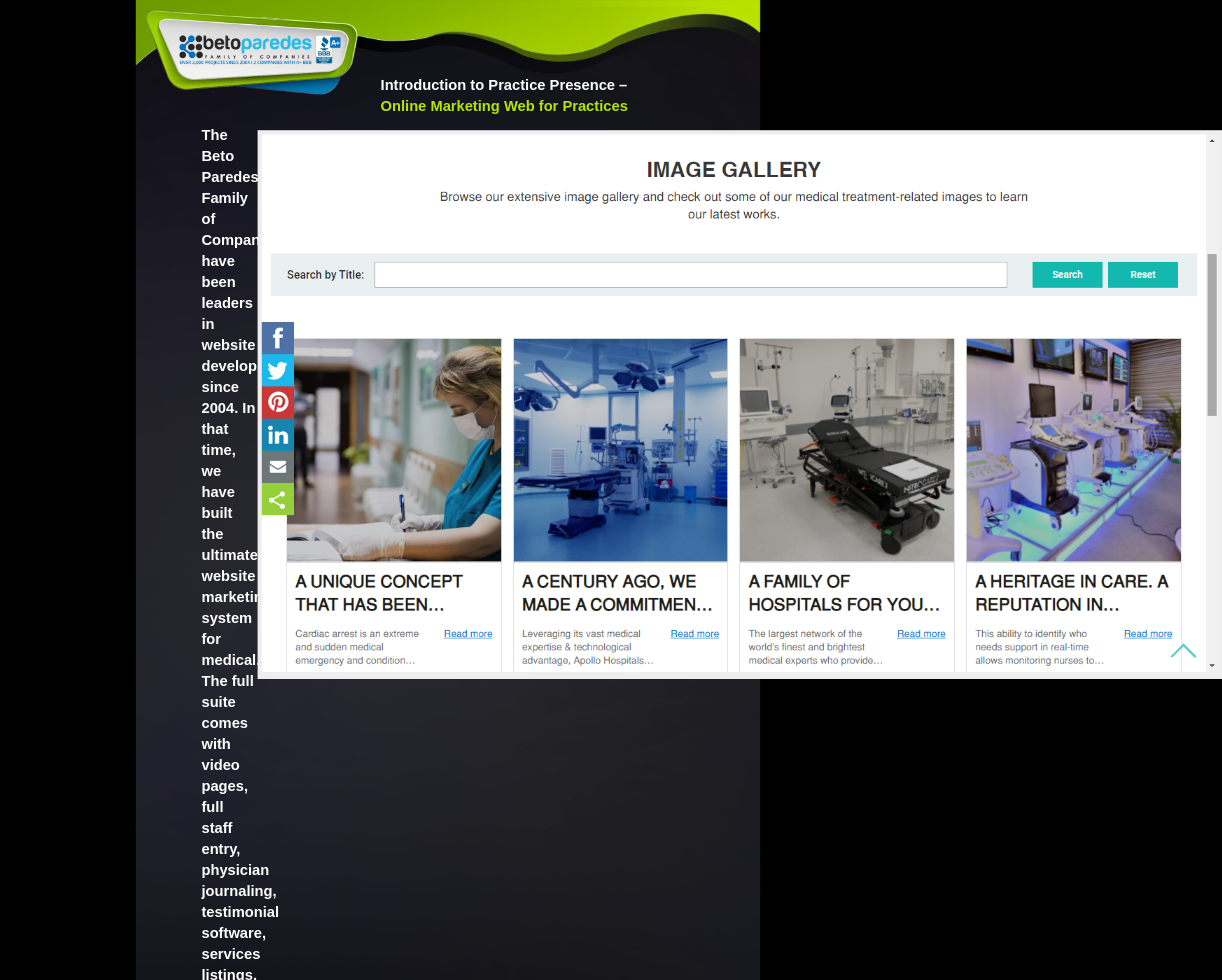
Repository: koushikbiswas/Beto_Paredes_Family_Opportunities_Intro_Deck
Page: slide29.html
These files come from the project's save history. The page is drawn as it stood at one moment and after the next save; the edit follows.
The browser window is 1280 px wide. The page is 1746 px wide, then 1280 px, so the pictures cover 1746 px, including what lies to the right of the window. The pictures show the part of the page from y = 0 to 1400 px (the page is 2604 px tall before and 1558 px after), at 70% of full size.

Above is the page before, as saved 2021-12-21 17:49:34.

### slide29.html
<!DOCTYPE html>
<html lang="en">
<head>
    <meta charset="UTF-8">
    <meta http-equiv="X-UA-Compatible" content="IE=edge">
    <meta name="viewport" content="width=device-width, initial-scale=1.0">
    <title>Document</title>
    <link rel="stylesheet" href="assets/css/slide.css">
</head>
<body>
    <!-- -----------START SLIDE 27 HTML----------- -->
    <div class="pdfhomepagemain slide27">
        <div class="pdfmaincontainer">
            <div class="pdfheaderblock">
                <div class="pdfheaderblockinner">
                    <div class="pdflogowrapper">
                        <img src="assets/images/common/pdflogo.png" alt="logo">
                    </div>
                </div>
            </div>
            <div class="pdfmaincontent">
                <div class="pdfmaincontentinner">
                    <p>Introduction to Practice Presence – <br><span>Online Marketing Web for Practices</span></p>
                    <div class="pdfmaincontentinnerbottom">
                        <div class="pdfmaincontentinnerbottominner">
                            <p>The Beto Paredes Family of Companies have been leaders in website development since 2004. In that time, we have built the ultimate website marketing system for medical. The full suite comes with video pages, full staff entry, physician journaling, testimonial software, services listings, and social sharing programs.</p>
                        </div>
                        <div class="pdfmainimgwrapper">
                            <img src="assets/images/slide27-screenimg.png" alt="slide27 screenimg">
                        </div>
                    </div>
                </div>
            </div>
            <div class="pdffooterblock">
            </div>
        </div>
    </div> <!-------------END SLIDE 27 HTML------------->

    <!-- -----------START SLIDE 28 HTML----------- -->
    <div class="pdfhomepagemain slide28">
        <div class="pdfmaincontainer">
            <div class="pdfheaderblock">
                <div class="pdfheaderblockinner">
                    <div class="pdflogowrapper">
                        <img src="assets/images/common/pdflogo.png" alt="logo">
                    </div>
                </div>
            </div>
            <div class="pdfmaincontent">
                <div class="pdfmaincontentinner">
                    <p>Introduction to Practice Presence – <br><span>Online Marketing Web for Practices</span></p>
                    <p class="parabottom">Combining all the practice’s current information <br>with new program details, clients make a serious <br>impact facilitating <span>TM-Flow and <br>neoGEN</span> treatments. Although our website <br>software outperforms most medical marketing <br>websites it is only available as an add on sale <br>for practices that purchase our products.</p>
                </div>
            </div>
            <div class="pdffooterblock">
            </div>
        </div>
    </div> <!-------------END SLIDE 28 HTML------------->
    <!-- -----------START SLIDE 29 HTML----------- -->
    <div class="pdfhomepagemain slide29">
        <div class="pdfmaincontainer">
            <div class="pdfheaderblock">
                <div class="pdfheaderblockinner">
                    <div class="pdflogowrapper">
                        <img src="assets/images/common/pdflogo.png" alt="logo">
                    </div>
                </div>
            </div>
            <div class="pdfmaincontent">
                <div class="pdfmaincontentinner">
                    <h2><span>Over</span> 2,000 PROJECT SINCE 2004 <br>2 COMPANIES WITH A+ BBB</h2>
                    <h1>THANK YOU FOR REVIEWING THE OPPORTUNITY WITH US HERE AT THE BETO PAREDES FAMILY OF COMPANIES. WE REALLY HOPE TO SEE YOU JOIN US AS A SALES REP!</h1>
                    <p>You can contact me directly as well as sign up right away on our website at <a href="https://www.betoparedes.com/" target="_blank">www.betoparedes.com</a></p>
                    <h4>BETO PAREDES - <a href="tel:208.440.0928" target="_top">208.440.0928</a>  |  <a href="mailto:beto@betoparedes.com" target="_top">beto@betoparedes.com</a></h4>
                    <div class="logolists">
                        <div class="logoimg">
                            <img src="assets/images/slide29-tmflowlogo.png" alt="tmflowlogo">
                        </div>
                        <div class="logoimg">
                            <img src="assets/images/slide29-neogenlogo.jpg" alt="neogenlogo">
                        </div>
                        <div class="logoimg">
                            <img src="assets/images/slide29-pecelogo.png" alt="pecelogo">
                        </div>
                        <div class="logoimg">
                            <img src="assets/images/slide29-biologo.jpg" alt="biologo">
                        </div>
                        <div class="logoimg">
                            <img src="assets/images/slide29-practiceogo.png" alt="practiceogo">
                        </div>
                    </div>
                </div>
            </div>
            <div class="pdffooterblock">
            </div>
        </div>
    </div>    <!-- -----------END SLIDE 29 HTML----------- -->

</body>
</html>

### assets/css/slide.css

a{color:var(--links);text-decoration:none;background-color:transparent;-webkit-text-decoration-skip:objects}
.clear{clear:both;overflow:hidden}
.pdfhomepagemain img{border:0 !important;outline:0 !important}
.pdfhomepagemain a img{outline:none}
a{outline:none;cursor:pointer}
a:active,a:focus{outline:none}
:active,:focus{outline:none;-moz-outline-style:none}
:link:focus,:visited:focus{outline:none}
html{overflow-y:scroll;overflow-x:hidden;}
html,body{height:100%;width:100%;position:relative;font-family: 'Arial', sans-serif;}
button{cursor: pointer;word-wrap:break-word!important;white-space:unset!important;overflow-wrap:break-word;word-wrap:break-word;word-break:break-word;line-height:normal!important}
body{background-color: #000;margin: 0;}

.pdfhomepagemain{margin: 0;padding: 0;}
.pdfmaincontainer{margin: 0 auto;padding: 0;display: block;width:892px;background-image: url(../images/common/pdfbgoverlay.png);background-repeat: no-repeat;background-position:center center;-webkit-background-size: cover;-moz-background-size: cover;-o-background-size: cover;background-size: cover;display:block;position: relative;padding-bottom: 40px;}
.pdfheaderblock{margin: 0 auto;padding: 0;display: block;width:100%;background-image: url(../images/common/pdfheaderbg.png);background-repeat: no-repeat;background-position:left top;-webkit-background-size: 100% auto;-moz-background-size: 100% auto;-o-background-size: 100% auto;background-size: 100% auto;display:block;min-height: 106px;}
.pdfheaderblockinner{padding:15px}
.pdffooterblock{margin: 0 auto;padding: 0;display: block;width:100%;background-image: url(../images/common/pdffooterrbg.png);background-repeat: no-repeat;background-position:left top;-webkit-background-size: 100% auto;-moz-background-size: 100% auto;-o-background-size: 100% auto;background-size: 100% auto;display:block;min-height: 87px;position: absolute;bottom: 0;}
.pdfmaincontent{position: relative;z-index: 9;}
.pdfmaincontentinner{width: 90%;margin: 0 auto;padding: 0;display: block;}

.pdfheaderblock .pdflogowrapper{width: 302px;display: block;}
.pdfheaderblock .pdflogowrapper img{width:100%}
.pdfmaincontent h2{margin: 0;padding: 0;color:#b6e600;text-transform: uppercase;}
.pdfmaincontent h2 span{text-transform: capitalize;}
.pdfmaincontent h1{margin: 0;padding: 0;color:#fff;text-transform: uppercase;}
.pdfmaincontent p{margin: 0;padding: 0;color:#fff;line-height: 30px;}
.pdfmaincontent h4{margin: 0;padding: 0;color:#fff;}


/*-----------START SLIDE 27 CSS-----------*/
.slide27 .pdfmaincontent p{padding-left: 38%;margin-top: -6%;font-size: 21px;font-weight: 600;line-height: 30px;}
.slide27 .pdfmaincontent p span{color:#b6e600;}
.slide27 .pdfmaincontent .pdfmaincontentinnerbottom{margin-top: 20px;display: flex;align-items: flex-start;justify-content: space-between;}
.pdfmaincontentinnerbottom .pdfmainimgwrapper{background-color: #eeeeeeff;padding: 6px;}
/*-----------END SLIDE 27 CSS-----------*/

/*-----------START SLIDE 28 CSS-----------*/
.slide28 .pdfmaincontent p{padding-left: 38%;margin-top: -6%;font-size: 21px;font-weight: 600;line-height: 30px;}
.slide28 .pdfmaincontent p span{color:#b6e600;}
.slide28 .pdfmaincontent p.parabottom{margin-top: 20px;margin-bottom: 46px;}
/*-----------END SLIDE 28 CSS-----------*/

/*-----------START SLIDE 29 CSS-----------*/
.slide29 .pdfmaincontent h2{padding-left: 35%;margin-top: -6%;font-size: 26px;}
.slide29 .pdfmaincontent h1{font-size: 28px;margin-top: 20px;margin-bottom:20px}
.slide29 .pdfmaincontent p{font-size: 18px;}
.slide29 .pdfmaincontent p a{color:#b6e600;}
.slide29 .pdfmaincontent h4{font-size: 28px;margin-top: 20px;margin-bottom:20px;font-weight: 500;}
.slide29 .logolists{background-color: #fff;padding: 0px 10px;border-radius: 20px;display: flex;align-items: center;justify-content: space-around;}
.slide29 .logolists .logoimg{flex:1}
.slide29 .logolists .logoimg img{width:100%}
/*-----------END SLIDE 29 CSS-----------*/

After the next save:
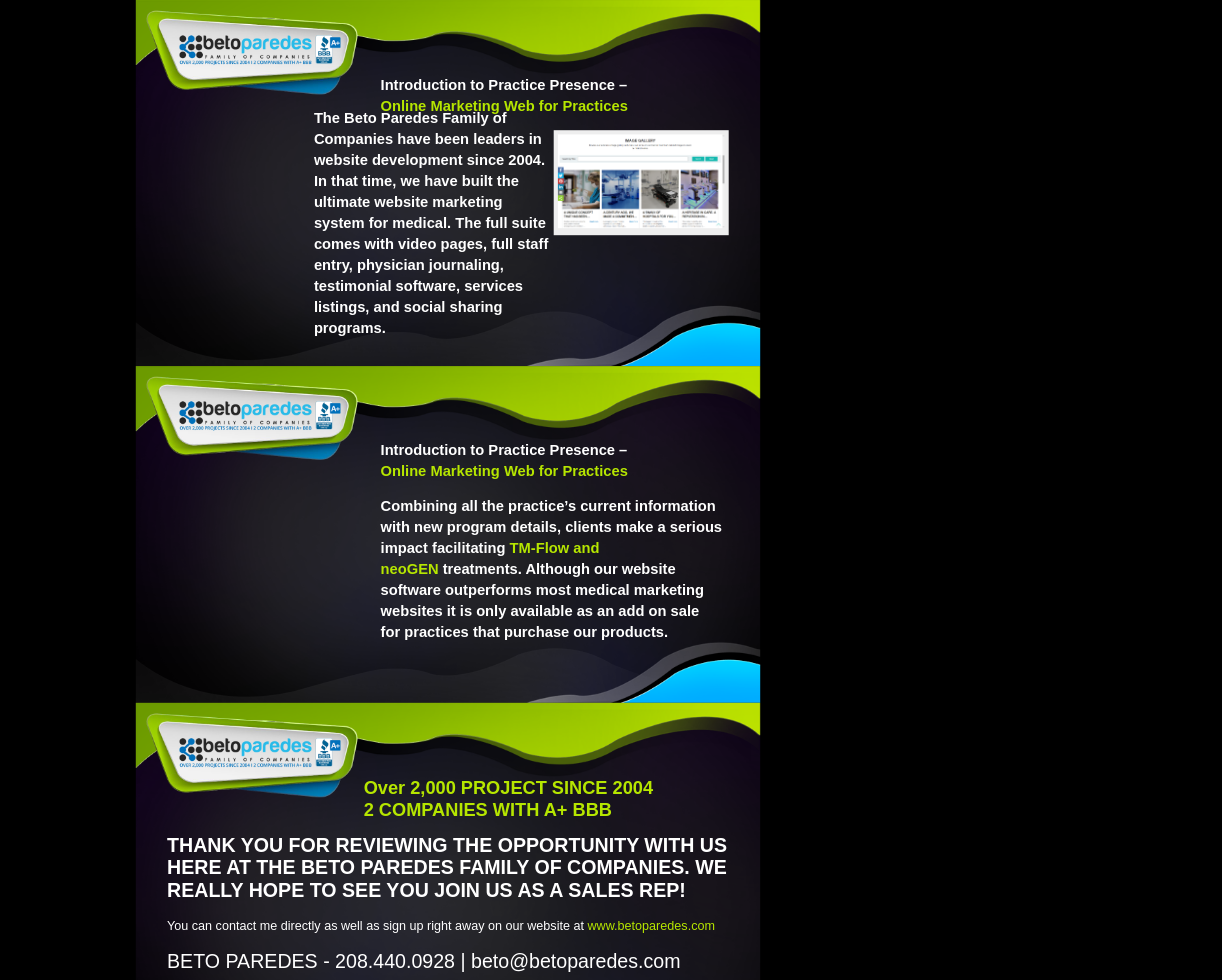
Saved 24 s later.
--- a/assets/css/slide.css
+++ b/assets/css/slide.css
@@ -34,6 +34,7 @@
 .slide27 .pdfmaincontent p span{color:#b6e600;}
 .slide27 .pdfmaincontent .pdfmaincontentinnerbottom{margin-top: 20px;display: flex;align-items: flex-start;justify-content: space-between;}
 .pdfmaincontentinnerbottom .pdfmainimgwrapper{background-color: #eeeeeeff;padding: 6px;}
+.pdfmaincontentinnerbottom .pdfmainimgwrapper img{width:100%}
 /*-----------END SLIDE 27 CSS-----------*/
 
 /*-----------START SLIDE 28 CSS-----------*/
